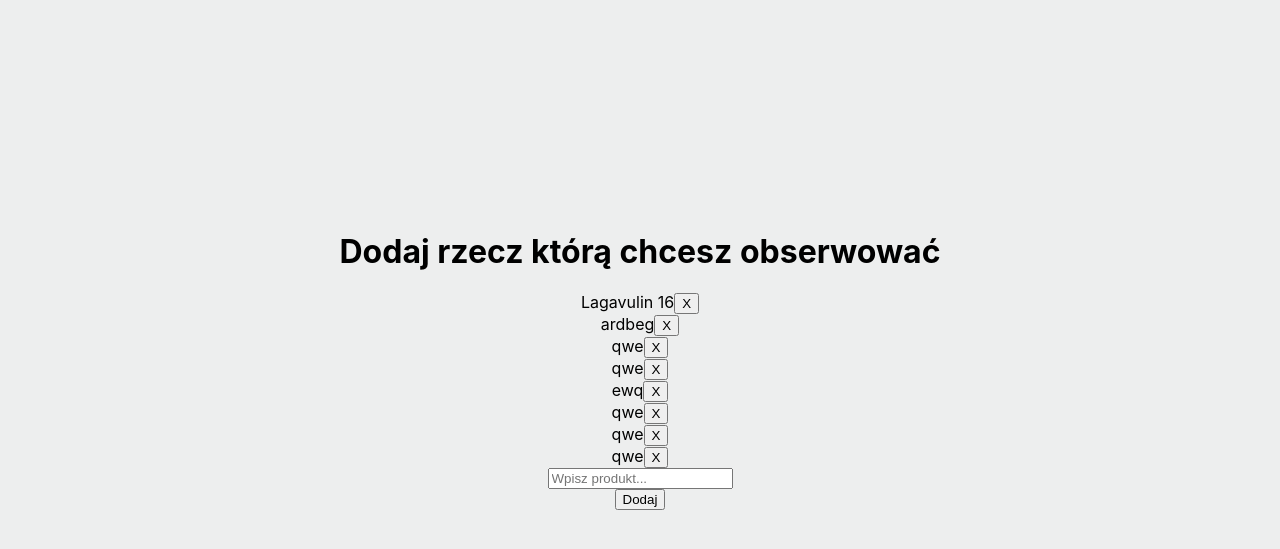
Repository: matedoo/crawler
Page: /MainApp
An editor plug-in stored every save of this project. The page is shown before and after the next save, followed by the edit.
The browser window is 1280 px wide. The pictures show the whole page.
The project was rebuilt for these pictures with package versions that can differ from the ones it lists, and the page was loaded fresh each time. Requests to the local data server were answered from the project's data file. Also part of the build but not shown: src/Components/button.js, src/Components/LoginComponents/LoginApp.js, src/Components/LoginComponents/RegisterApp.js, src/Components/btnContainer.js, src/Components/heading.js, src/Components/LoginComponents/StartApp.js.

Above is the page before, as saved 2020-05-01 17:26:56.

After the next save:
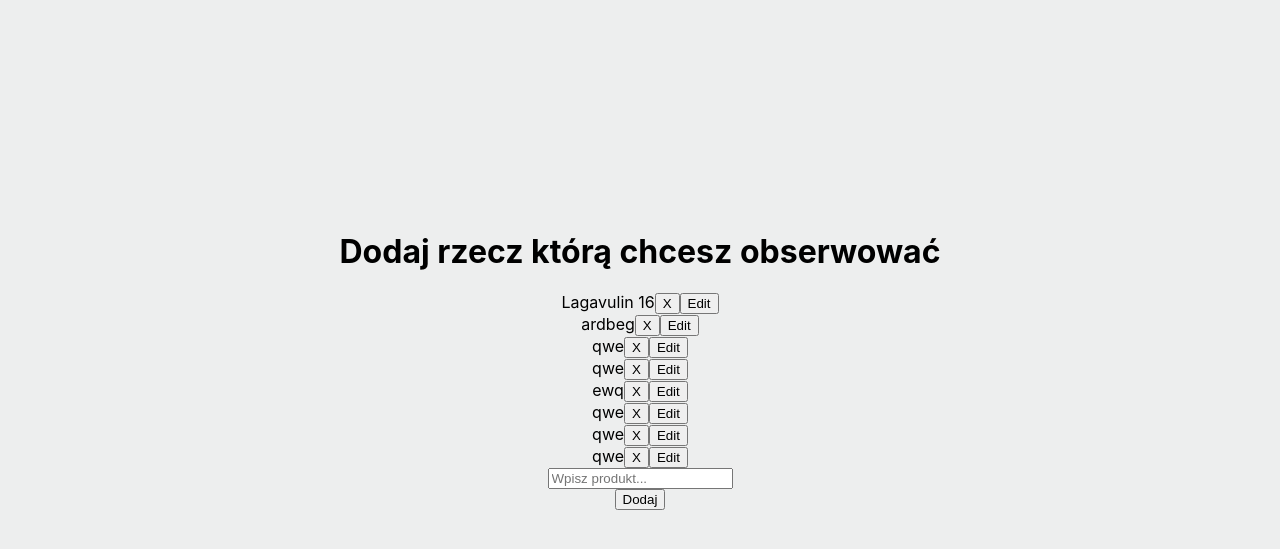
Saved 6 min 18 s later.
--- a/src/Components/MainApp/MainAppElement.js
+++ b/src/Components/MainApp/MainAppElement.js
@@ -7,6 +7,7 @@ function MainAppElement(props){
         <div value={value}>
             {element}
             <button onClick={ () => handleCloseClick(value)}>X</button>
+            <button onClick={ () => handleEditClick(element)}>Edit</button>
         </div>
 
     )

After the 4 saves that followed:
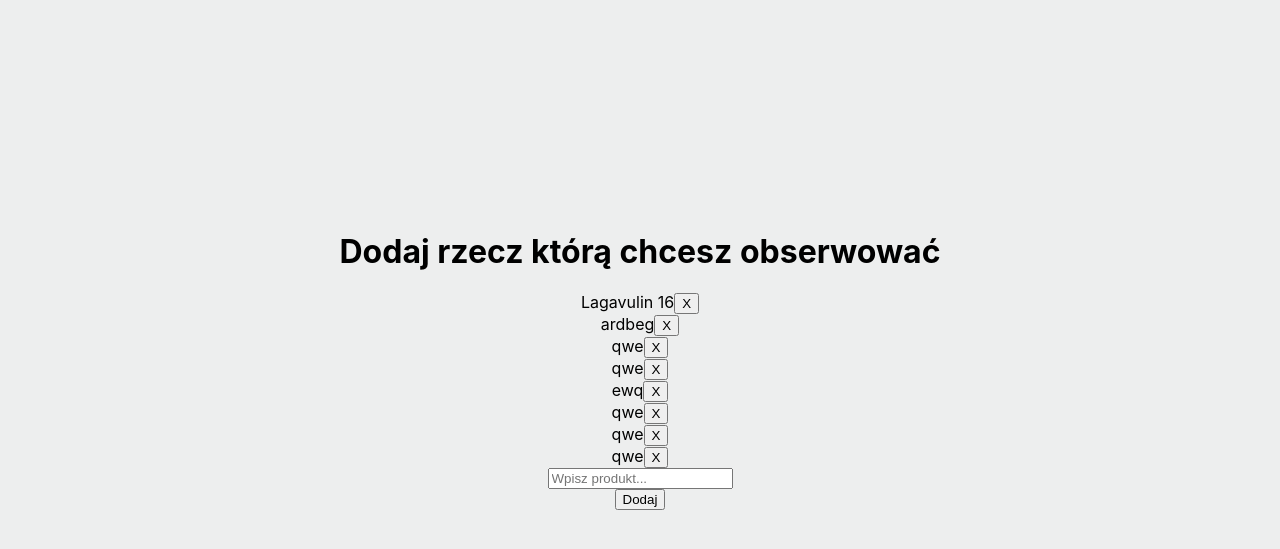
The 4 saves are shown as one change because 3 left the picture as it was.
The last was saved 3 min 19 s later.
--- a/src/Components/MainApp/MainApp.js
+++ b/src/Components/MainApp/MainApp.js
@@ -87,7 +87,7 @@ function MainApp(props) {
 
   const handleElementRemove = (elID) => {
     console.log(`to jest elid ${elID}`)
-    fetch(`http://localhost:4000/items/${elID}`, {
+    fetch(`http://localhost:4000/items${elID}`, {
         method: 'DELETE', // or 'PUT'
       })
       .then(() => {
--- a/src/Components/MainApp/MainAppElement.js
+++ b/src/Components/MainApp/MainAppElement.js
@@ -7,7 +7,6 @@ function MainAppElement(props){
         <div value={value}>
             {element}
             <button onClick={ () => handleCloseClick(value)}>X</button>
-            <button onClick={ () => handleEditClick(element)}>Edit</button>
         </div>
 
     )
